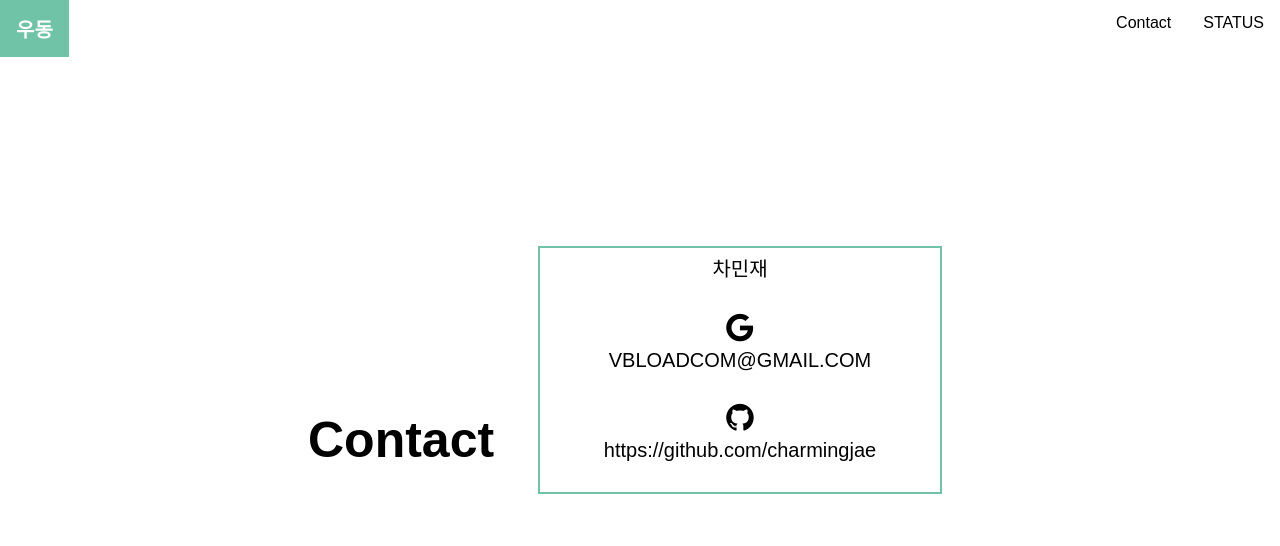
Repository: charmingjae/circles
Page: http://localhost/circles/root/contact.jsp
The author's editor kept a copy of each file at every save. The page is drawn from the files as they stood at one save, then again after the next save.
The browser window is 1280 px wide. The pictures show the whole page.
Some web fonts or font styles are not loaded; a fallback is used. The page is served by Tomcat 9. Other server files are loaded and not shown.

Above is the page before, as saved 2020-07-09 15:10:46.

### circles/WebContent/root/contact.jsp
<%@ page language="java" contentType="text/html; charset=UTF-8"
    pageEncoding="UTF-8"%>
<!DOCTYPE html>
<html>
<head>
	<meta charset="UTF-8">
	<title>MOJUK</title>

	<!-- Link contact.css -->
	<link href="../css/contact.css" rel="stylesheet" type="text/css">

	<!-- font-awesome link -->
	 <link rel="stylesheet" type="text/css" href="https://maxcdn.bootstrapcdn.com/font-awesome/4.7.0/css/font-awesome.min.css">
</head>
<body>
	<!-- include header -->
	<%@include file ="../navbar/navbar.jsp" %>

	<form onsubmit="return false;" action="wrInfo.jsp" class="container" method="post" name="frmStuNo">
		<div class="container">
			<span id="head"> Contact </span>
			<div class="main">
				<span id="showEtc"> 차민재 </span>
				<i class="fa fa-google fa-2x" aria-hidden="true"></i>
				<span id="showEtc"> VBLOADCOM@GMAIL.COM  </span>
				<i class="fa fa-github fa-2x" aria-hidden="true"></i>
				<span id="showEtc"> https://github.com/charmingjae</span>
			</div>
		</div>
	</form>
</body>
</html>

### circles/WebContent/navbar/navbar.jsp
<%@ page language="java" contentType="text/html; charset=UTF-8"
    pageEncoding="UTF-8"%>
<!DOCTYPE html>
<html>
<head>
<meta charset="UTF-8">
<title></title>

	<!-- Link navbar.css -->
	<link href="../css/navbar.css" rel="stylesheet" type="text/css">
</head>
	<%
		String getSession = (String)session.getAttribute("userID");
	%>
<body>
	<ul id="main-menu">
		<li class="headName" id="main-menu1"><a href="../root/index.jsp" class="headName">우동</a></li>
		<%
			if((getSession != null) && (getSession.isEmpty() == false)){
				%>
				<li style="float:right" id="main-menu2"><a class="active" href="../root/admPg.jsp"><%=getSession %>님 환영합니다.</a>
					<ul id="sub-menu">
						<li><a class="subAct" href="../mojuk/member.jsp">🍀동아리원🍀</a></li>
						<li><a class="subAct" href="../proc/logout.jsp">로그아웃</a></li>
					</ul>
				</li>
				<%
			}
			else{

				%>
				<li style="float:right"><a class="active" href="../root/status.jsp">STATUS</a></li>
				<%
			}
		%>
		<li style="float:right"><a class="active" href="../root/contact.jsp">Contact</a></li>
	</ul>
</body>
</html>

### circles/WebContent/css/contact.css
@charset "UTF-8";


@import url(https://cdn.jsdelivr.net/gh/moonspam/NanumSquare@1.0/nanumsquare.css);

body {
    font-family: 'NanumSquare', sans-serif;
}

/* Chrome, iex, fire-fox Settings */
input:-ms-input-placeholder {color:#a8a8a8;}
input::-webkit-input-placeholder{color:#a8a8a8;}
input::-moz-placeholder{columns: #a8a8a8;}

/* Head Comment */
/* 나중에 px단위를 가변 단위로 바꿀 수 있으면 좋겠다. :-) */

html,body{
	height: 100%;
}

body{
	display:table-cell;
	margin: 0 auto;
}

/* .container{
	height: 100%;
	display: table-cell;
	vertical-align: middle;
	text-align:center;
} */

.container{
	display:inline-block;
	width:100%;
	position:absolute;
	left:50%;
	top:50%;
	transform: translate(-50%, -50%);
	vertical-align: middle;
	text-align:center;
}


/* Contact 관련 css */
#head{
	font-size: 50px;
	font-weight: bold;
}


/* 학번 입력 div Settings */
div .main{
	margin-left: 30px;
	margin-right: 30px;
	display:inline-block;
    height:100%;
    width: 400px;
    border: 2px solid #70c3a7;
    background: #ffffff;
    margin-top: 20px;
}


#showEtc{
	font-size:20px;
	display:block;
	margin-top : 5px;
	margin-bottom: 30px;
}

### circles/WebContent/css/navbar.css
@charset "UTF-8";

@import url(https://cdn.jsdelivr.net/gh/moonspam/NanumSquare@1.0/nanumsquare.css);

body {
    font-family: 'NanumSquare', sans-serif;
}

ul{
	width:100%;
	list-style-type: none;
	margin: 0;
	padding: 0;
	background-color: #ffffff;
	position:fixed;
}

li {
	float:none;
}

a {

  display: inline-block;
  color: black;
  text-align: center;
  padding: 14px 16px;
  text-decoration: none;
}

/* Change the link color to #111 (black) on hover */
a:hover {
  background-color: #70c3a7;
  color:#ffffff;
}

li .headName{
	font-weight: bold;
}

#sub-menu{
	position:absolute;
	opacity: 0;
	visibility: hidden;
}

#main-menu1{
	font-size: 20px;
}

#main-menu1, #main-menu2{
	float:left;
}

#main-menu2:hover #sub-menu{
	opacity:1;
	visibility:visible;
}
.subAct{
	width:130px !important;
}

After the next save:
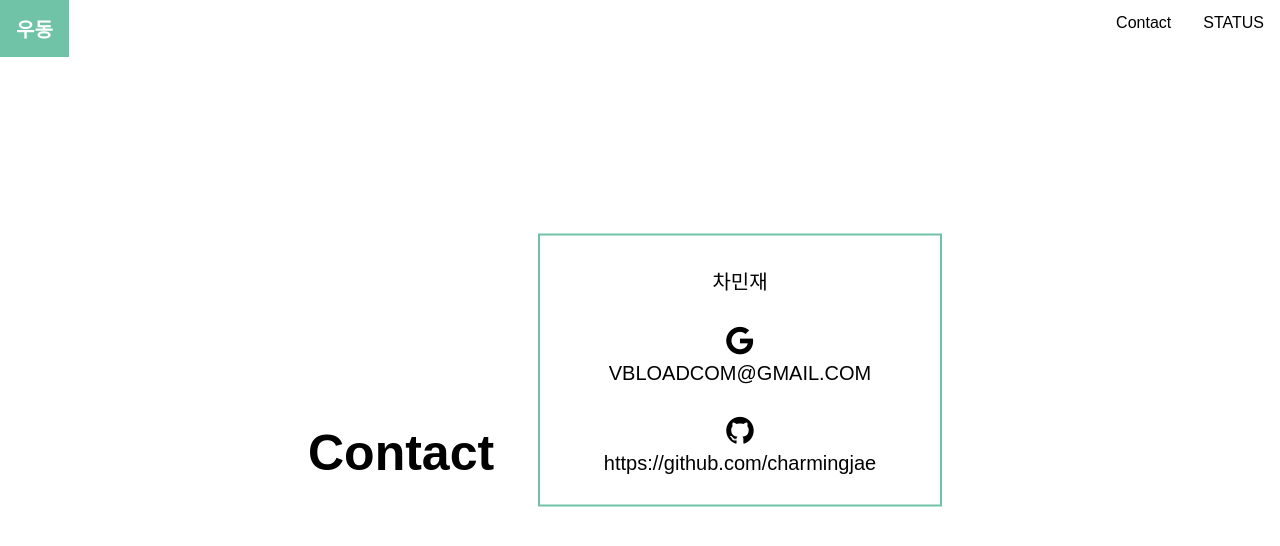
Saved 53 s later.
--- a/circles/WebContent/root/contact.jsp
+++ b/circles/WebContent/root/contact.jsp
@@ -20,6 +20,7 @@
 		<div class="container">
 			<span id="head"> Contact </span>
 			<div class="main">
+				<span id="showEtc"> </span>
 				<span id="showEtc"> 차민재 </span>
 				<i class="fa fa-google fa-2x" aria-hidden="true"></i>
 				<span id="showEtc"> VBLOADCOM@GMAIL.COM  </span>
